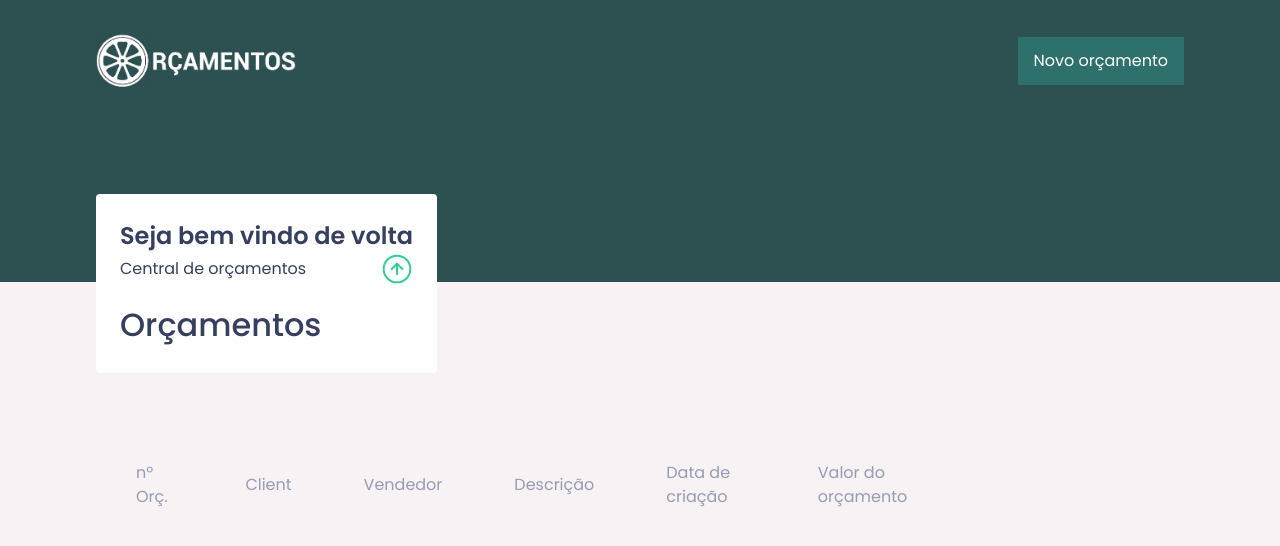
Repository: soualexandre/frentend-botOrcamentos
Page: /
These files come from the project's save history. The page is drawn as it stood at one moment and after the next save; the edit follows.
The browser window is 1280 px wide. The pictures show the whole page.
The page's requests for data from a server got no answer. The project was rebuilt for these pictures with package versions that can differ from the ones it lists, and the page was loaded fresh each time. No one was signed in, and anything a server would have sent is missing.

Above is the page before, as saved 2021-07-20 17:47:18.

### public/index.html
<!DOCTYPE html>
<html lang="en">
  <head>
    <link rel="preconnect" href="https://fonts.googleapis.com">
    <link rel="preconnect" href="https://fonts.gstatic.com" crossorigin>
    <meta charset="utf-8" />
    <meta name="viewport" content="width=device-width, initial-scale=1" />
    <link href="https://fonts.googleapis.com/css2?family=Poppins:wght@400;500;600&display=swap" rel="stylesheet">
    <link rel="stylesheet" href="favicon.png" type="image/png">
    <title>DtMoney</title>
  </head>
  <body>
    <noscript>You need to enable JavaScript to run this app.</noscript>
    <div id="root"></div>
  </body>
</html>

### src/App.tsx
import { Dashboard } from './components/Dashboard';
import { Header } from './components/Header';
import { GlobalStyle } from './styles/global';
import { ToastContainer } from 'react-toastify';
import 'react-toastify/dist/ReactToastify.css';
import Modal from 'react-modal'
import { useState } from 'react';
import {NewTransactionModal} from './components/NewTransactionModal'
import { TransacticionsProvider } from './hooks/useTransactions';
Modal.setAppElement('#root');

export function App() {

  const [isNewTransactionModalOpen, setIsNewTransactionModalOpen] = useState(false);

  function hadleOpenNewTransactionModal() {
    setIsNewTransactionModalOpen(true)
  }
  function hadleCloseNewTransactionModal() {
    setIsNewTransactionModalOpen(false)
  }

  return (
    <TransacticionsProvider>
      <ToastContainer />
      <Header onOpenNewTransactionModal={hadleOpenNewTransactionModal}/>
      <Dashboard />
      <NewTransactionModal
      isOpen={isNewTransactionModalOpen}
      onRequestClose={hadleCloseNewTransactionModal}/>
      <GlobalStyle />
    </TransacticionsProvider>
  );
}

### src/components/Dashboard/index.tsx
import { Sumary } from "../Sumary";
import { TransactionsTable } from "../transactionsTable";
import { Container } from "./styles";


export function Dashboard(){
    return(
       <Container>
          <Sumary/>
          <TransactionsTable />
       </Container>
    );
}

### src/components/Header/index.tsx
import LogoImg from '../../assets/logo.png'
import { Container, Content } from './styles'

interface HeaderProps{
    onOpenNewTransactionModal: () => void;
}


export function Header({onOpenNewTransactionModal} :HeaderProps ) {
    return (
        <Container>
            <Content>
                <img src={LogoImg} alt="dtMoney" />
                <button type="button" onClick={onOpenNewTransactionModal}>
                    Novo orçamento
                </button>
            </Content>
        </Container>
    );
}

### src/styles/global.ts
import { createGlobalStyle } from 'styled-components'


export const GlobalStyle = createGlobalStyle`

    :root{
        --background: #f8f2f5;

        --red: #e52e40;
        --blue: #2D5051;
        --green: #33cc95;
        --blue-light:#2E706C;

        --text-title: #363f5f;
        --text-body: #969cb3;

        --shape: #ffffff;

    }

    *{
        margin: 0;
        padding: 0;
        box-sizing: border-box;
    }
    html{
        @media (max-width: 1080px){
            font-size: 93.5%;
        }

    }

    body{
        background: var(--background);
        -webkit-font-smoothing: antialiased;
    }

    body, input, textarea, button{
        font-family: 'Poppins', sans-serif;
        font-weight: 400;
    }

    h1, h2, h3, h4, h5, h6, strong{
        font-weight: 600;
    }

    button{
        cursor: pointer;
    }
    [disable]{
        opacity: 0.6;
        cursor: not-allowed;
    }



    .react-modal-overlay{
        background: rgba(0, 0, 0, 0.3);
        position: fixed;
        top: 0;
        bottom: 0;
        right: 0;
        left: 0;

        display: flex;
        justify-content: center;
        align-items: center;
    }
    .react-modal-content{
        width: 100%;
        max-width: 576px;
        background: var(--background);
        padding: 3rem;
        position: relative;
        border-radius: 0.25rem;
    }
    .react-modal-close{
        position: absolute;
        right: 1.5rem;
        top: 1.5rem;
        border: 0;
        background: transparent;
        transition: filter 0.2s;
        &:hover{
            filter: brightness(0.8);
        }
    }


`;

### src/components/NewTransactionModal/index.tsx
import Modal from 'react-modal'
import { FormEvent, useState } from 'react'
import { Container, TransactionsTypeContainer, RadioBox } from './styles'
import closeImg from '../../assets/close.svg'
import { useTransactions } from '../../hooks/useTransactions';

interface NewTransactionModalProps {
    isOpen: boolean;
    onRequestClose: () => void;
}



export function NewTransactionModal({ isOpen, onRequestClose }: NewTransactionModalProps) {
    const {createTransaction} = useTransactions();

    const [client, setClient] = useState('');
    const [seller, setSeller] = useState('');
    const [description, setDescription] = useState('');
    const [budget_amount, setValueBudget] = useState(0);

     async function handleCreateNewTransaction(event: FormEvent) {
        event.preventDefault();
        await createTransaction({
          client,
          seller,
          description,
          budget_amount,
      })
      setClient('');
      setSeller('');
      setDescription('');
      setValueBudget(0);
      onRequestClose();
    }
    return (
        <Modal
            isOpen={isOpen}
            onRequestClose={onRequestClose}
            overlayClassName="react-modal-overlay"
            className="react-modal-content"
        >
            <button
                type="button"
                onClick={onRequestClose}
                className="react-modal-close">
                <img src={closeImg} alt="fechar modal" />
            </button>

            <Container >
                <h2>Criar orçamento</h2>
                <input
                    placeholder="Cliente"
                    onChange={ (e) => setClient(e.target.value)}
                />

                <input
                    type="text"
                    placeholder="Vendedor"
                    onChange={ (e) => setSeller(e.target.value)}
                />
                <input
                    type="number"
                    placeholder="Valor da orçamento"
                    onChange={ (e) => setValueBudget(Number(e.target.value))}

                />
                <textarea
                placeholder="Descrição do orçamento"
                onChange={ (e) => setDescription(e.target.value)}
                />


                <button type="submit" onClick={handleCreateNewTransaction} >
                    Cadastrar
                </button>


            </Container>

        </Modal>
    );
}

### src/hooks/useTransactions.tsx
import {createContext, useEffect, useState, ReactNode, useContext} from 'react';
import { api } from "../services/api";
import { toast } from 'react-toastify';


interface Transaction {
    id: number;
    client: string;
    seller: string;
    description: string;
    created_at: string;
    budget_amount: number;
}
interface TransactionsContextData{
    transactions: Transaction[];
    createTransaction: (transaction:TransactionInput) => Promise<void>;
    deleteTransaction: (productId: number) => void;
}

type TransactionInput = Omit<Transaction, 'id' | 'created_at'>;

interface TrabsactionsProviderProps{
    children: ReactNode;
}
 const TransactionsContext = createContext<TransactionsContextData>(
    {} as TransactionsContextData
    );


export function TransacticionsProvider({children} : TrabsactionsProviderProps){
    const [transactions, setTransactions] = useState<Transaction[]>([]);


   async function createTransaction(transactionInput: TransactionInput){
      const response = await api.post('/budget/create', {
        ...transactionInput,
    })
    console.log(response.data)
    setTransactions([
        response.data,
        ...transactions
    ])

    }
    async function deleteTransaction(productId: number){
       const response =  await api.delete(`/budget/delete/${productId}`)
        setTransactions(response.data)
        toast.success('Orçamento removido com sucesso');
    }

    useEffect(() => {
        api.get('budget')
            .then(response => setTransactions(response.data))
    },[])

    return (
        <TransactionsContext.Provider value={{transactions, createTransaction, deleteTransaction}}>
            {children}
        </TransactionsContext.Provider>
    );
}

export function useTransactions(){
    const context = useContext(TransactionsContext);
    return context;
}

### src/components/Sumary/index.tsx
import { Container } from './styles'
import iconImg from '../../assets/income.svg'

export function Sumary() {


    return (
        <Container>
            <div>
                    <h2>
                        Seja bem vindo de volta
                    </h2>
                <header>
                    <p>Central de orçamentos</p>
                    <img src={iconImg} alt=" icon" />
                </header>
                <strong>
                    Orçamentos
                </strong>
            </div>
        </Container >
    );
}

### src/components/transactionsTable/index.tsx
import { useTransactions } from "../../hooks/useTransactions";
import { Container } from './styles'
import DeleteImg from '../../assets/delete.svg'
import viewImg from '../../assets/view.svg'
import EditImg from '../../assets/edit.svg'

export function TransactionsTable() {
    const { transactions, deleteTransaction } = useTransactions();

    async function handleCreateNewTransaction(id: number) {
        deleteTransaction(id);
    }


    return (
        <Container>
            <table>
                <thead>
                    <tr>
                        <th>nº Orç.</th>
                        <th>Client</th>
                        <th>Vendedor</th>
                        <th>Descrição</th>
                        <th>Data de criação</th>
                        <th>Valor do orçamento</th>
                    </tr>
                </thead>
                <tbody>
                    {transactions.map(transaction => (
                        <tr key={transaction.id}>
                            <td>{transaction.id}</td>
                            <td>{transaction.client}</td>
                            <td>
                                {transaction.seller}
                            </td>
                            <td >{transaction.description}</td>
                            <td>{
                                new Intl.DateTimeFormat('pt-BR').format(
                                    new Date(transaction.created_at)
                                )}
                            </td>
                            <td>
                                {new Intl.NumberFormat('pt-BR', {
                                    style: 'currency',
                                    currency: 'BRL',
                                }).format(transaction.budget_amount)}
                            </td>
                            <td>

                                <div className="optionsIncons">
                                    <img src={viewImg} alt="Deletar orçamento" onClick={() => handleCreateNewTransaction(transaction.id)}></img>
                                    <img src={EditImg} alt="Deletar orçamento" onClick={() => handleCreateNewTransaction(transaction.id)}></img>
                                    <img src={DeleteImg} alt="Deletar orçamento" onClick={() => handleCreateNewTransaction(transaction.id)}></img>
                                </div>
                            </td>
                        </tr>
                    ))}
                </tbody>
            </table>
        </Container>
    );
}

### src/components/Dashboard/styles.ts
import styled from 'styled-components'

export const Container = styled.header`
    max-width: 1120px;
    margin:0 auto;
    padding: 4.5rem 1rem;

`;

### src/components/Header/styles.ts
import styled from 'styled-components'

export const Container = styled.header`
    background: var(--blue);

`;
export const Content = styled.header`
    background: var(--blue);
    max-width: 1120px;
    margin: 0 auto;
    padding: 2rem 1rem 12rem;

    display: flex;
    align-items: center;
    justify-content: space-between;
    button{
        font-size: 1rem;
        color: #fff;
        background: var(--blue-light);
        border: 0;
        padding:0.2rem;
        padding-left: 1rem;
        padding-right: 1rem;
        height: 3rem;

        transition: filter 0.2s;
        &:hover{
            filter: brightness(0.9);
        }

    }
    img{
        width: 200px;
    }
`;

### src/components/NewTransactionModal/styles.ts
import styled from 'styled-components'
import { darken, transparentize } from 'polished';

export const Container = styled.form`
        h2{
            color: var(--text-title);
            font-size: 1.5rem;
            margin-bottom: 2rem;
        }

        input{
            width: 100%;
            padding: 0 1.5rem;
            height: 4rem;
            border-radius: 0.25rem;
            border: 1px solid #d7d7d7;
            background: #e7e9ee;
            font-weight: 400;
            font-size: 1rem;

            &::placeholder{
                color: vat(--text-body);

            }
            & + input {
                margin-top: 1rem;
            }
        }
        textarea{
            width: 100%;
            padding: 1rem 1.5rem;
            height: 8rem;
            border-radius: 0.25rem;
            border: 1px solid #d7d7d7;
            background: #e7e9ee;
            font-weight: 400;
            font-size: 1rem;
            margin-top: 1rem;
        }
        button[type="submit"]{
            width: 100%;
            padding: 0 1.3rem;
            height: 4rem;
            background: var(--green);
            color: #fff;
            border-radius: 0.25rem;
            border: 0;
            font-size: 1rem;
            margin-top: 1.5rem;
            font-weight: 600;
            transition: filter 0.2s;
            &:hover{
                filter: brightness(0.9)
            }
        }


`;

export const TransactionsTypeContainer = styled.div`

        margin: 1rem 0;
        display: grid;
        grid-template-columns: 1fr 1fr;
        gap: 0.5rem;


`;

interface RadioBoxProps{
    isActive: boolean;
    activeColor: 'green' | 'red';
}
const colors ={
    green: '#33cc95',
    red: '#e52e40',
}

export const RadioBox = styled.button<RadioBoxProps>`
    height: 4rem;
            border: 1px solid #d2d2d2;
            border-radius: 0.25rem;

            background: ${(props) => props.isActive
            ? transparentize(0.9, colors[props.activeColor])
            : 'transparent'
            };


            display: flex;
            align-items: center;
            justify-content:center;
            transition: border-color 0.2s;

            &:hover{
                border-color: ${darken(0.2, '#000')};
            }

            img{
                height: 20px;
                width: 20px;
            }
            span{
                display: inline-block;
                margin: 1rem;
                font-size: 1rem;
                color: var(--text-title);
            }
`;

### src/services/api.ts
import axios from 'axios';

export const api = axios.create({
    baseURL: 'http://localhost:8000/api',
})

### src/components/Sumary/styles.ts
import styled from 'styled-components'


export const Container = styled.div`
    display: grid;
    grid-template-columns: repeat(3,1fr);
    gap: 2rem;
    margin-top: -10rem;

div{
    background: var(--shape);
    padding: 1.5rem;
    border-radius: 0.25rem;
    color: var(--text-title);

    &.highlightBackground{
        background: #33cc95;
        color: #fff;
    }
    header{
        display: flex;
        align-items: center;
        justify-content: space-between;
    }

    strong{
        display: block;
        margin-top: 1rem;
        font-size: 2rem;
        line-height: 3rem;
        font-weight: 500;
    }

}
`;

### src/components/transactionsTable/styles.ts
import styled from "styled-components";

export const Container = styled.div`
  margin-top: 4rem;
  table {
    display: block;
    width: 80%;
    border-spacing: 0.5rem;
    th {
      color: var(--text-body);
      font-weight: 400;
      padding: 1rem 2rem;
      text-align: left;
      line-height: 1.5rem;
    }
    td {
      padding: 1rem 2rem;
      border: 0;
      background: var(--shape);
      color: var(--text-body);
      border-radius: 0.25rem;

      &.first-child {
        color: var(--text-title);
      }

        img {
          width: 1.5rem;
          height: 1.5rem;
      }
    }

  }
 div{
  display: flex;
  justify-content:center;
  align-items: center;
  gap: 1rem;
  }


`;

Loaded but not shown: src/index.tsx (common file)

After the next save:
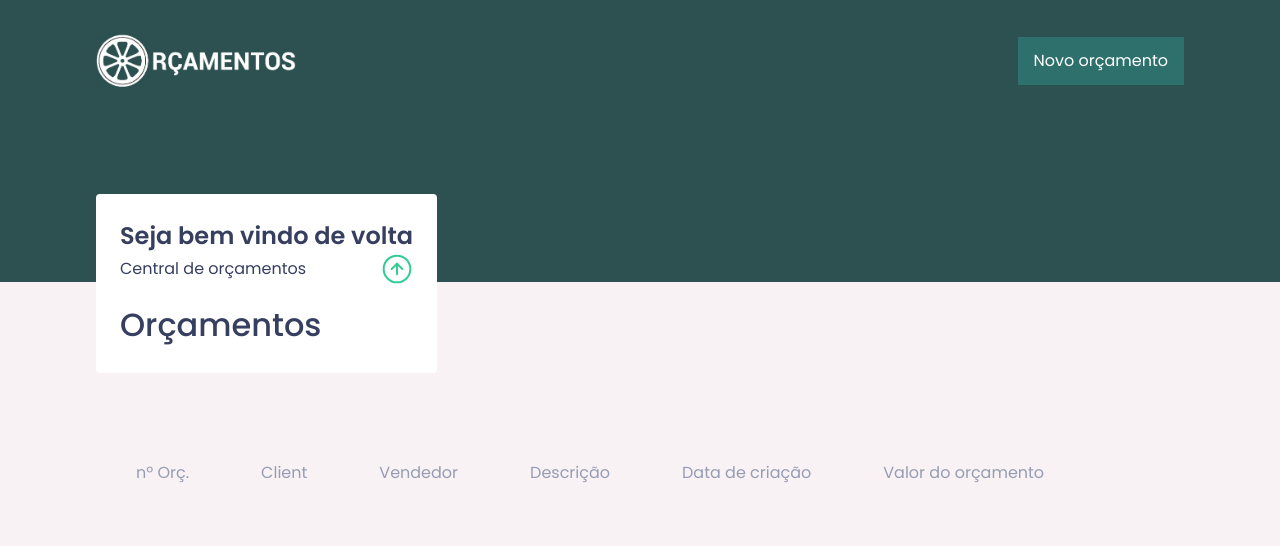
Saved 11 s later.
--- a/src/components/transactionsTable/styles.ts
+++ b/src/components/transactionsTable/styles.ts
@@ -3,8 +3,6 @@
 export const Container = styled.div`
   margin-top: 4rem;
   table {
-    display: block;
-    width: 80%;
     border-spacing: 0.5rem;
     th {
       color: var(--text-body);
